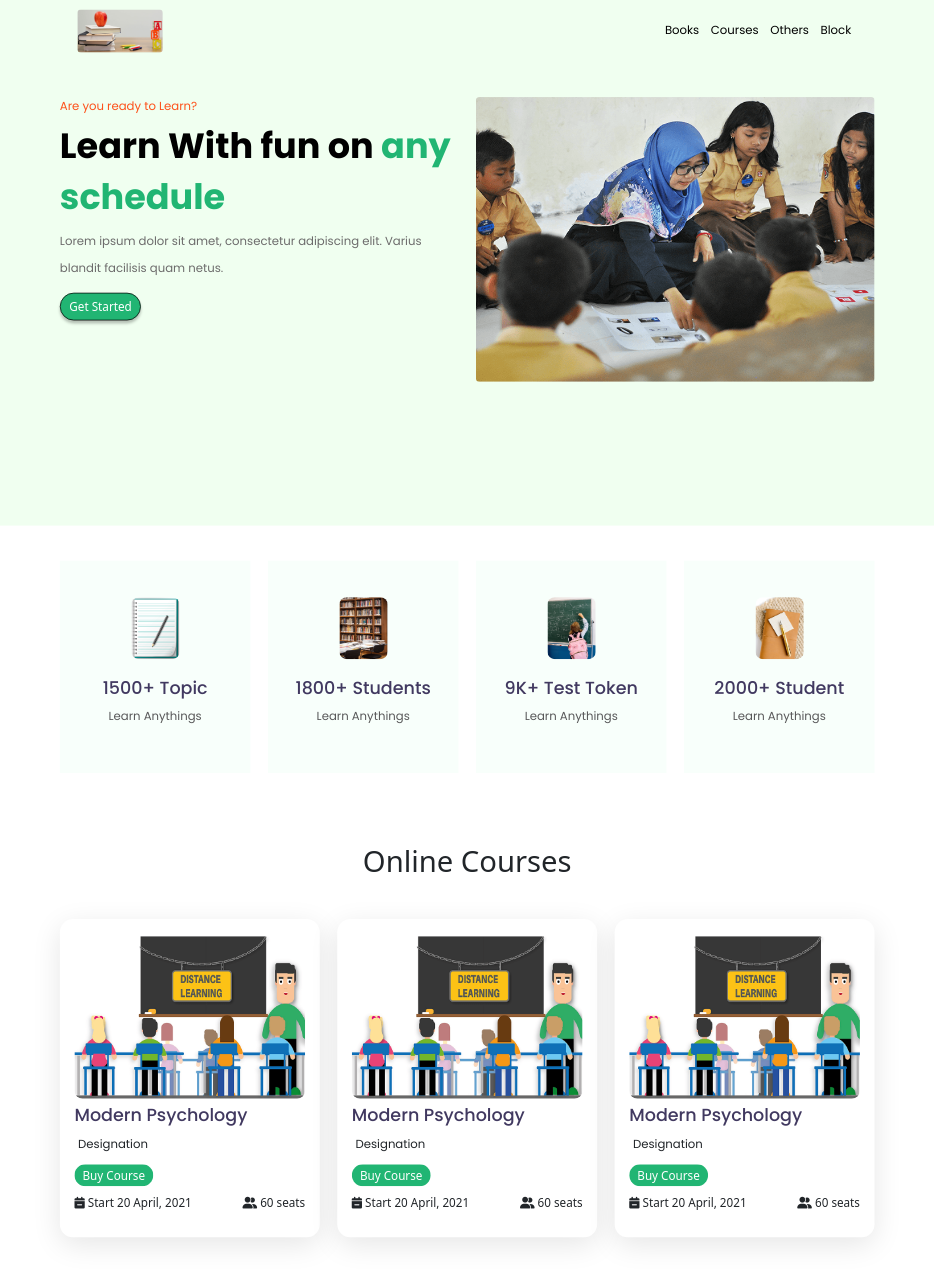
Repository: zjria/Figma-to-E-school
Page: index.html
The author's editor kept a copy of each file at every save. The page is drawn from the files as they stood at one save, then again after the next save.
The browser window is 1280 px wide. The pictures show the whole page, at 73% of full size.
Some web libraries are served in a nearby version.

Above is the page before, as saved 2022-05-07 08:17:46.

### index.html
<!doctype html>
<html lang="en">
  <head>
    <!-- Required meta tags -->
    <meta charset="utf-8">
    <meta name="viewport" content="width=device-width, initial-scale=1">
    <title>E-School</title>

    <!-- Google Font family -->
    <link rel="preconnect" href="https://fonts.googleapis.com">
    <link rel="preconnect" href="https://fonts.gstatic.com" crossorigin>
    <link href="https://fonts.googleapis.com/css2?family=Poppins:wght@100;300;400;500;600;700;800;900&display=swap" rel="stylesheet">
    <!-- Bootstrap CSS -->
    <link href="https://cdn.jsdelivr.net/npm/bootstrap@5.0.2/dist/css/bootstrap.min.css" rel="stylesheet">
    <!-- Font awesome -->
    <link rel="stylesheet" href="https://cdnjs.cloudflare.com/ajax/libs/font-awesome/6.1.1/css/all.min.css">
    <!-- custom css -->
    <link rel="stylesheet" href="style.css">
  </head>
  <body>
    <section class="hero-section">
        <div class="container">
            <div class="row">
                <nav class="navbar navbar-expand-md navbar-light">
                    <div class="container-fluid">
                      <a class="navbar-brand" href="#"><img class="img-fluid rounded-3" src="images/logo.png" alt=""></a>
                      <button class="navbar-toggler" type="button" data-bs-toggle="collapse" data-bs-target="#navbarSupportedContent" aria-controls="navbarSupportedContent" aria-expanded="false" aria-label="Toggle navigation">
                        <span class="navbar-toggler-icon"></span>
                      </button>
                      <div class="collapse navbar-collapse" id="navbarSupportedContent">
                        <ul class="navbar-nav me-auto mb-2 mb-lg-0">
                          <li class="nav-item">
                            <a class="nav-link" href="#">Books</a>
                          </li>
                          <li class="nav-item">
                            <a class="nav-link" href="#">Courses</a>
                          </li>
                          <li class="nav-item">
                            <a class="nav-link" href="#">Others</a>
                          </li>
                          <li class="nav-item">
                            <a class="nav-link" href="#">Block</a>
                          </li>
                        </ul>

                      </div>
                    </div>
                  </nav>
            </div>
            <!-- Header Content Section -->
            <div class="row pt-5">
              <div class="col-md-6 hero-content">
                <h5>Are you ready to Learn?</h5>
                <h1>Learn With fun on <span>any schedule</span></h1>
                <p>Lorem ipsum dolor sit amet, consectetur adipiscing elit. Varius blandit facilisis quam netus.</p>
                <a href="" class="btn btn-custom">Get Started</a>
              </div>
              <div class="col-md-6">
                <img src="images/hero-img.png" class="img-fluid rounded-3" alt="">
              </div>
            </div>
        </div>
    </section>

     <!-- Feature -->
     <section class="feature mt-5 mb-5">
      <div class="container">
        <div class="row">
          <div class="col-md-3">
            <div class="feature-content text-center">
              <img src="images/price-1.png" class="img-fluid" alt="">
              <h3>1500+ Topic</h3>
              <p>Learn Anythings</p>
            </div>
          </div>
          <div class="col-md-3">
            <div class="feature-content text-center">
              <img src="images/price-2.png" class="img-fluid" alt="">
              <h3>1800+ Students</h3>
              <p>Learn Anythings</p>
            </div>
          </div>
          <div class="col-md-3">
            <div class="feature-content text-center">
              <img src="images/price-3.png" class="img-fluid" alt="">
              <h3>9K+ Test Token</h3>
              <p>Learn Anythings</p>
            </div>
          </div>
          <div class="col-md-3">
            <div class="feature-content text-center">
              <img src="images/price-4.png" class="img-fluid" alt="">
              <h3>2000+ Student</h3>
              <p>Learn Anythings</p>
            </div>
          </div>
        </div>
      </div>
     </section>

     <!-- Online Course -->
     <section class="online-course p-5">
       <div class="container">
         <div class="col-12 online-header">
          <h1 class="text-center pb-5">Online Courses</h1>
         </div>
         <div class="row">
           <div class="col-md-4">
            <div class="course">
              <img src="images/online-1.png" class="img-fluid" alt="">
              <h2>Modern Psychology</h2>
              <h6>Designation</h6>
              <a href="" class="btn btn-cours">Buy Course</a>
              <ul>
                <li><i class="fa-solid fa-calendar-minus"></i> Start 20  April, 2021</li>
                <li><i class="fa-solid fa-user-group"></i> 60 seats</li>
              </ul>
            </div>
           </div>
           <div class="col-md-4">
            <div class="course">
              <img src="images/online-1.png" class="img-fluid" alt="">
              <h2>Modern Psychology</h2>
              <h6>Designation</h6>
              <a href="" class="btn btn-cours">Buy Course</a>
              <ul>
                <li><i class="fa-solid fa-calendar-minus"></i> Start 20  April, 2021</li>
                <li><i class="fa-solid fa-user-group"></i> 60 seats</li>
              </ul>
            </div>
           </div>
           <div class="col-md-4">
            <div class="course">
              <img src="images/online-1.png" class="img-fluid" alt="">
              <h2>Modern Psychology</h2>
              <h6>Designation</h6>
              <a href="" class="btn btn-cours">Buy Course</a>
              <ul>
                <li><i class="fa-solid fa-calendar-minus"></i> Start 20  April, 2021</li>
                <li><i class="fa-solid fa-user-group"></i> 60 seats</li>
              </ul>
            </div>
           </div>
         </div>
       </div>
     </section>






    <!-- Option 1: Bootstrap Bundle with Popper -->
    <script src="https://cdn.jsdelivr.net/npm/bootstrap@5.0.2/dist/js/bootstrap.bundle.min.js"></script>
  </body>
</html>

### style.css
/* font-family: 'Poppins', sans-serif; */
.hero-section{
    background: #F0FFF0;
    min-height: 100vh;
}
.navbar-light .navbar-nav .nav-link {
    color: rgb(0, 0, 0);
    font-family: 'Poppins', sans-serif;
    font-style: normal;
    font-weight: 400;
    font-size: 16px;
    line-height: 24px;
}
.navbar-light .navbar-nav .nav-link:hover {
    color: #C2B49D;
}
.navbar-brand img{
    width: 15%;
}
.hero-content h5 {
    font-family: 'Poppins';
    font-style: normal;
    font-weight: 400;
    font-size: 16px;
    line-height: 24px;
    color: #FD511A;
}
.hero-content h1 {
    font-family: 'Poppins';
    font-style: normal;
    font-weight: 700;
    font-size: 48px;
    line-height: 70px;
    color: #000000;
}
.hero-content h1 span{
    color: #21B573
}
.hero-content p {
    font-family: 'Poppins';
    font-style: normal;
    font-weight: 400;
    font-size: 16px;
    line-height: 36px;
    color: #6C6B6B;
}
.btn-custom{
    background: #21B573;
    border: 1px solid #000000;
    box-shadow: 0px 4px 4px rgba(0, 0, 0, 0.25);
    border-radius: 33px;
    color: #fff;
}
.feature-content{
    background: #F8FFFB;
    padding: 50px 0;
}
.feature-content img{
    width: 66px;
    height: 85px;
    margin-bottom: 22px;
    border-radius: 10px;

}
.feature-content h3{
font-family: 'Poppins';
font-style: normal;
font-weight: 500;
font-size: 24px;
line-height: 36px;color: #413960;
}
.feature-content p{
font-family: 'Poppins';
font-style: normal;
font-weight: 400;
font-size: 16px;
line-height: 24px;color: #585859;
}
.feature-content:hover{
    background: #FFFFFF;
    box-shadow: 0px 20px 40px rgba(0, 0, 0, 0.1);
    border-radius: 10px;
}
/* Online Course */
.course {

background: #FFFFFF;
box-shadow: 0px 10px 40px rgba(0, 0, 0, 0.1);
border-radius: 18px;padding: 20px;}
.course img{

border-radius: 11px;}
.course h2{

font-family: 'Poppins';
font-style: normal;
font-weight: 500;
font-size: 24px;
line-height: 36px;color: #413960;padding: 5px 0px;margin: 0;}
.course h6{

margin: 0;font-family: 'Poppins';

font-weight: 400;

line-height: 24px;margin: 5px;}
.course .btn-cours{

background: #21B573;
border-radius: 33px;color: #fff;padding: 2px 10px;margin: 10px 0px;}
.course ul{

display: flex;justify-content: space-between;padding: 0;}
.course ul li {

list-style: none;margin: 0px;padding: 0px;}
.course ul li i{

}
.online-header h1{

}

After the next save:
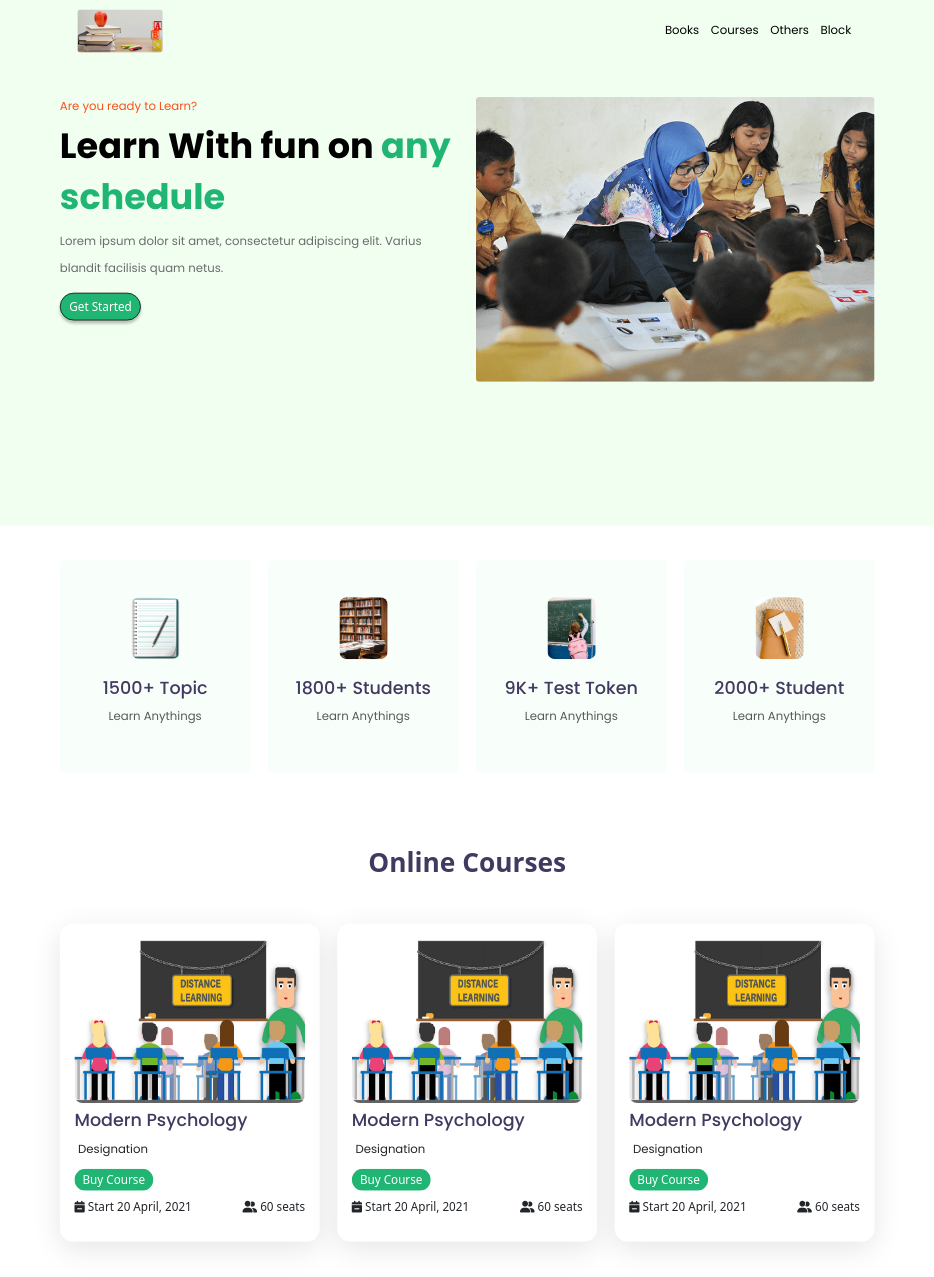
Saved 2 min 17 s later.
--- a/style.css
+++ b/style.css
@@ -119,4 +119,6 @@ list-style: none;margin: 0px;padding: 0px;}
 }
 .online-header h1{
 
-}
+color: #413960;font-weight: 700;
+font-size: 36px;
+line-height: 54px;}
